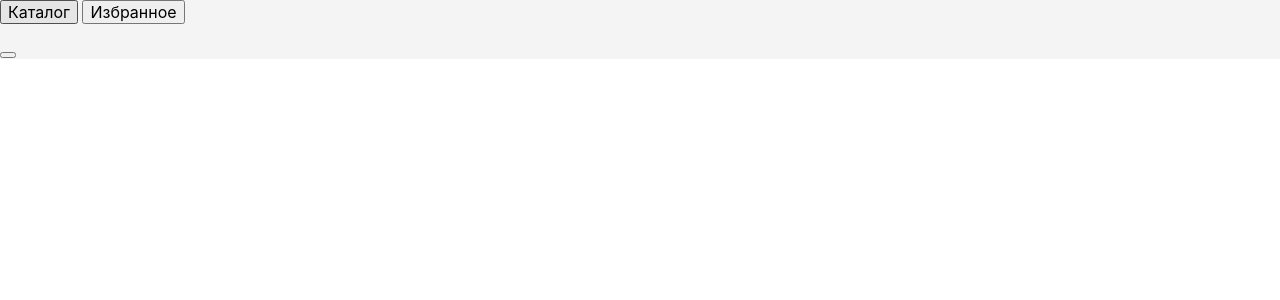
Repository: AnnaLink22/test
Page: pages/index.html
The author's editor kept a copy of each file at every save. The page is drawn from the files as they stood at one save, then again after the next save.
The browser window is 1280 px wide. The pictures show the whole page.
The page's requests for data from a server got no answer. Some web fonts or font styles are not loaded; a fallback is used.

Above is the page before, as saved 2021-10-28 16:26:00.

### pages/index.html
<!DOCTYPE html>
<html lang="en">

<head>
  <meta charset="UTF-8">
  <meta http-equiv="X-UA-Compatible" content="IE=edge">
  <meta name="viewport" content="width=device-width, initial-scale=1.0">
  <link rel="stylesheet" href="./pages/index.css">
  <title>Albums</title>
</head>

<body>
  <div class="page">
    <main class="content">
      <div class="content__column">
        <button class="content__switch">Каталог</button>
        <button class="content__switch">Избранное</button>
      </div>
      <section class="users">
        <ul class="users__list">
        </ul>
      </section>

      <section class="chosen">
        <ul class="chosen__list">
        </ul>
      </section>
    </main>

    <div class="popup">
      <div class="popup__container">
        <button type="button" class="popup__close-btn"></button>
        <img src="#" alt="" class="popup__pic-opened">
      </div>
    </div>

  </div>

  <template class="error__template">
    <div class="error">
      <img src="" alt="" class="error__pic">
      <h2 class="error__title">Список избранного пуст</h2>
      <p class="error__subtitle">Добавляйте изображения, нажимая на звездочки</p>
    </div>
  </template>

  <template class="preloader__template">
    <div class="preloader"></div>
  </template>

  <template class="albums-list__template">
    <ul class="albums__list">
    </ul>
  </template>

  <template class="pics-list__template">
    <ul class="pics__list">
    </ul>
  </template>

  <template class="user__template">
    <li class="user">
      <button class="user__plus"></button>
      <h1 class="user__name"></h1>
    </li>
  </template>

  <template class="album__template">
    <li class="album">
      <button class="album__plus"></button>
      <h2 class="album__name">
        </h1>
    </li>
  </template>

  <template class="pics__template">
    <li class="pic">
      <button class="pic__star"></button>
      <img src="" alt="" class="pic__img">
      <p class="pic__name"></p>
    </li>
  </template>

  <script type="module" src="../scripts/index.js"></script>

</body>

</html>

### pages/index.css
@import url('../vendor/normalize.css');
@import url('../vendor/fonts/fonts.css');
@import url('../blocks/page/page.css');
@import url('../blocks/content/content.css');

### scripts/index.js
import { Api } from '../components/Api.js';
import { Section } from '../components/Section.js';
import { User } from '../components/User.js';




const api = new Api({
  url:'https://json.medrating.org/',
  headers: {
    'Content-Type': 'application/json'
  }
})


api
  .getUsers()
  .then((data) => {
    usersSection.renderElements(data);
  })
  .catch((err) => {console.log(err)}
);


const usersSection = new Section( (user) => {
  usersSection.addEl(createUser(user));
  }
  , '.users__list'
);

const albumsSection = new Section( (album) => {
  albumsSection.addEl(addAlbum(album));
  }
  , '.albums__list'
);

const picsSection = new Section( (pic) => {
  picsSection.addEl(addPic(pic));
  }
  , '.pics__list'
);

const chosenSection = new Section( (pic) => {
  chosenSection.addEl(addPic(pic));
  }
  , '.chosen__list'
);

const handleOpenAlbums = (data) => {

}

const handleCloseAlbums = () => {

}

const createUser = (data) => {
  const user = new User(data, '.user__template', handleOpenAlbums, handleCloseAlbums);
  const userElement = user.generateUser();
  return userElement;
}

### vendor/fonts/fonts.css
@font-face {
  font-family: 'Inter';
  font-weight: 400;
  font-style:  normal;
  font-display: swap;
  src: url("../fonts/Inter-Regular.woff") format("woff"),
       url("../fonts/Inter-Regular.woff2") format("woff2"),
       url("../fonts/Inter-Regular.ttf") format("ttf");
}

@font-face {
  font-family: 'Inter';
  font-weight: 700;
  font-style:  normal;
  font-display: swap;
  src: url("../fonts/Inter-Bold.woff") format("woff"),
       url("../fonts/Inter-Bold.woff2") format("woff2"),
       url("../fonts/Inter-Bold.ttf") format("ttf");
}

@font-face {
  font-family: 'Inter';
  font-display: swap;
  font-style:  normal;
  font-weight: 900;
  src: url("../fonts/Inter-Black.woff")format("woff"),
       url("../fonts/Inter-Black.woff2") format("woff2"),
       url("../fonts/Inter-Black.ttf") format("ttf");
}

### blocks/page/page.css
.page {
  width: 100vw;
  background-color: #F4F4F4;;
  font-family: 'Inter', Arial, sans-serif;
  margin: 0;
}

### blocks/content/content.css
.content {
  width: 65%;
}

### components/Api.js
const onError = (res) => {
  if(res.ok) {
    return res.json();
  }
  return Promise.reject(`Ошибка: ${res.status}`);
}

export class Api {

  constructor(config) {
    this._url = config.url;
  }

  getUsers() {
    return fetch(`${this._url}users`, {
      method: 'GET',
      headers: this._headers
    }).then(onError)
  }

  getAlbums(userId) {
    return fetch(`${this._url}albums/${userId}`, {
      method: 'GET',
      headers: this._headers
    }).then(onError)
  }

  getAllPics(albumId) {
    return fetch(`${this._url}photos/${albumId}`, {
      method: 'GET',
      headers: this._headers
    }).then(onError)
  }

}

### components/Section.js
export class Section {
  constructor(renderer, containerSelector) {
    this._renderer = renderer;
    this._container = document.querySelector(containerSelector);
  }
  renderElements(elements) {
      elements.forEach(el => {
      this._renderer(el);
      })
  }


  addEl(el) {
    this._container.append(el);
  }
}

### components/User.js
export class User {
  constructor(user, userSelector, handleOpenAlbums, handleCloseAlbums) {
    this._user = user;
    this._name = user.name;
    this._id = user._id;
    this._handleOpenAlbums = handleOpenAlbums;
    this._handleCloseAlbums = handleCloseAlbums;
    this._userSelector = userSelector;
  }


  _getTemplate() {
    const userElement = document
      .querySelector(this._userSelector).content
      .querySelector('.user')
      .cloneNode(true);

    return userElement;
  };

  _handleOpen() {
    this._handleOpenAlbums();
  }


  _handleClose() {
    this.handleCloseAlbums();
  }

  _setEventListeners() {
    const plusBtn = this._element.querySelector('.user__plus');
    plusBtn.addEventListener('click', () => {
      if (plusBtn.classList.contains('user__plus_active')) {
        this._handleClose();
        plusBtn.classList.remove('user__plus_active');
      } else {
        this._handleOpen();
        plusBtn.classList.add('user__plus_active');
      }
    });
  };

  generateUser() {
    this._element = this._getTemplate();
    this._setEventListeners();
    this._element.querySelector('.user__name').textContent = this._name;
    return this._element;
  };

}

### blocks/content/__column/content__column.css
.content__column {
  width: 100%;
  display: flex;
}

### blocks/content/__switch/content__switch.css
.content__switch {
  width: 50%;
  min-height: 55px;
  background-color: transparent;
  border-radius: 16px;
  text-align: center;
}

.content__switch_active {
  background-color: #EDF9FF;
}

Loaded but not shown: vendor/normalize.css (library)

After the next save:
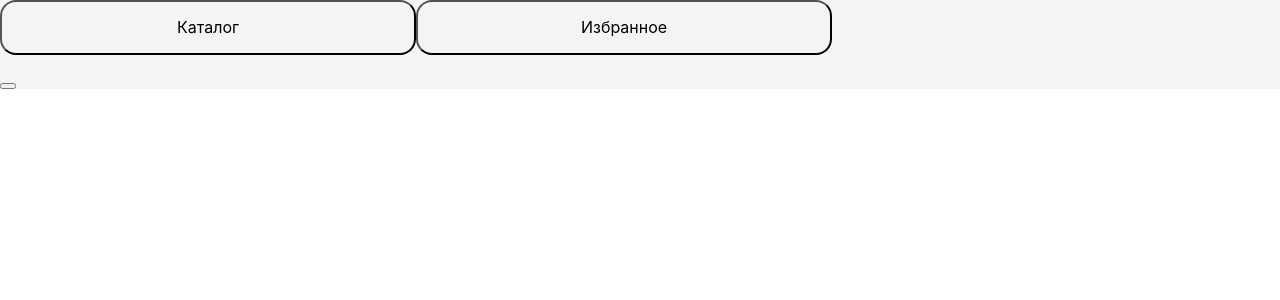
Saved 36 s later.
--- a/pages/index.css
+++ b/pages/index.css
@@ -2,3 +2,5 @@
 @import url('../vendor/fonts/fonts.css');
 @import url('../blocks/page/page.css');
 @import url('../blocks/content/content.css');
+@import url('../blocks/content/__column/content__column.css');
+@import url('../blocks/content/__switch/content__switch.css');
